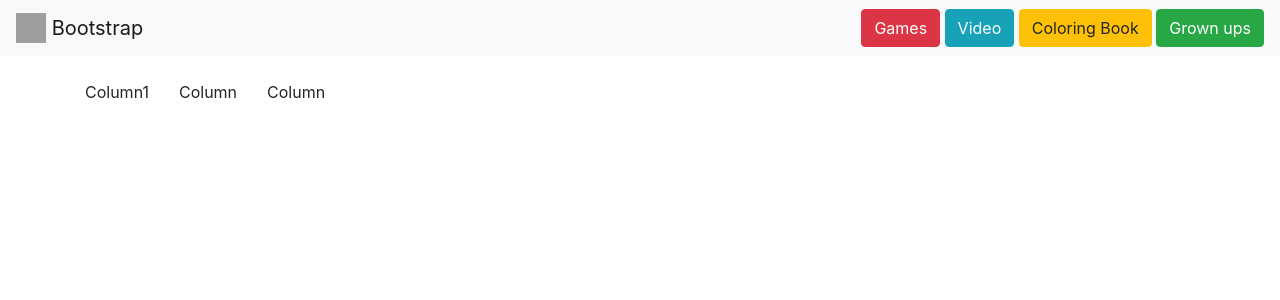
Repository: kkyler24/MCLA
Page: Home.html
An editor plug-in stored every save of this project. The page is shown before and after the next save, followed by the edit.
The browser window is 1280 px wide. The pictures show the whole page.
Pictures or frames that could not be fetched are drawn as grey boxes. Some web libraries are served in a nearby version.

Above is the page before, as saved 2020-04-20 21:42:45.

After the next save:
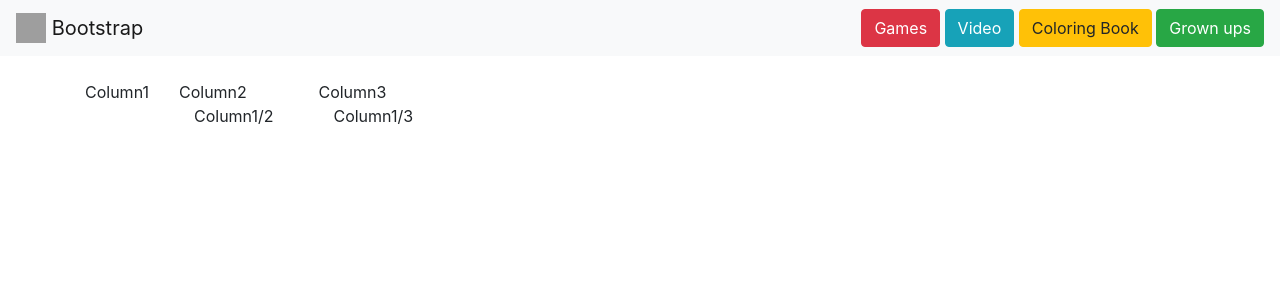
Saved 10 min 41 s later.
--- a/Home.html
+++ b/Home.html
@@ -36,9 +36,12 @@
         <div class="row">
           <div class="col">Column1</div>
 
-          <div class="col">Column</div>
-
-          <div class="col">Column</div>
+          <div class="col">Column2
+            <div class="col">Column1/2</div>
+          </div>
+          <div class="col">Column3
+            <div class="col">Column1/3</div>
+          </div>
         </div>
       </div>
 
